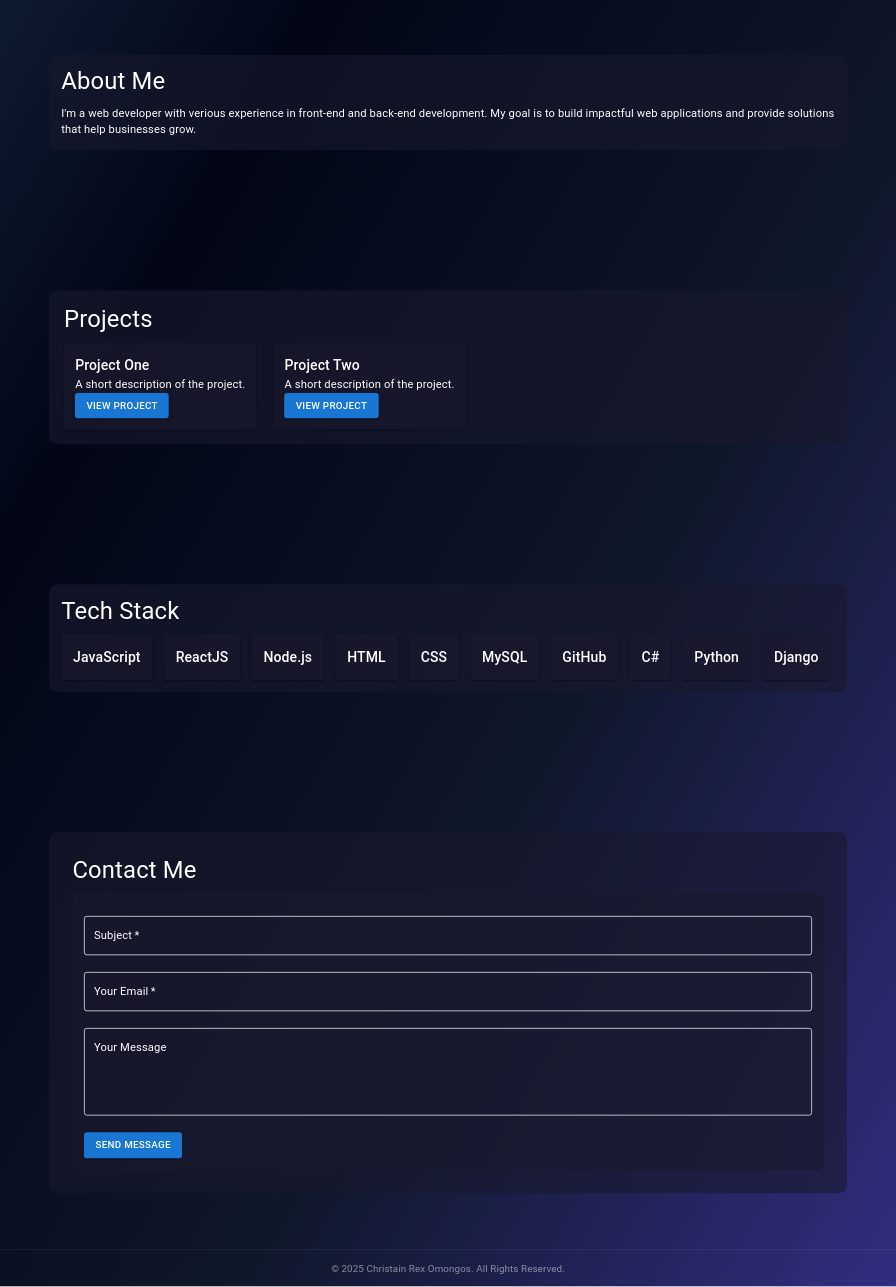
Repository: mikeshadowcoder/myWeb
Page: /
The author's editor kept a copy of each file at every save. The page is drawn from the files as they stood at one save, then again after the next save.
The browser window is 1280 px wide. The pictures show the part of the page from y = 841 to 2761 px (the page is 2679 px tall before and 2761 px after), at 70% of full size.
The project was rebuilt for these pictures with package versions that can differ from the ones it lists, and the page was loaded fresh each time.

Above is the page before, as saved 2026-01-22 21:05:31.

After the next save:
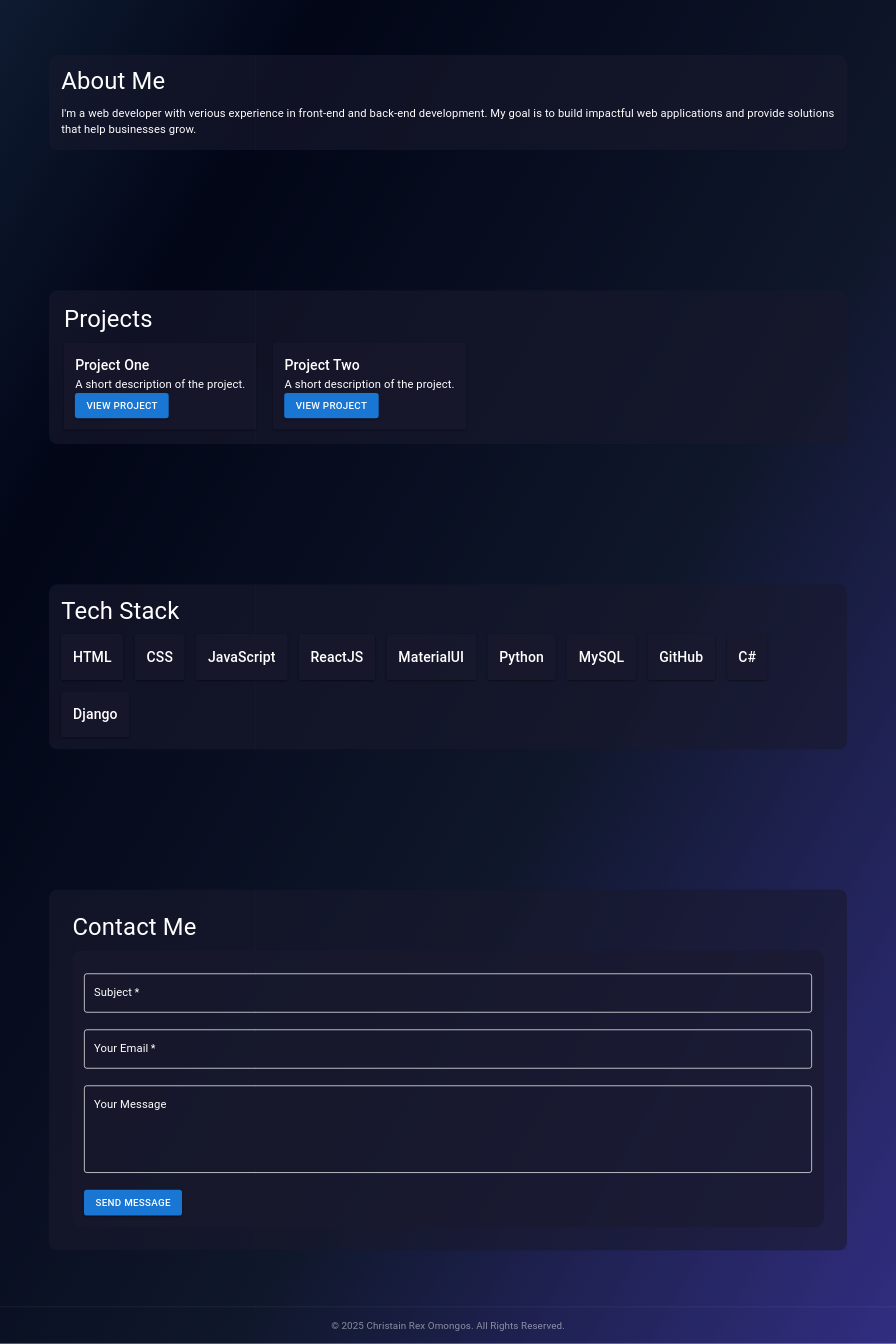
Saved 91 s later.
--- a/src/components/Skills.js
+++ b/src/components/Skills.js
@@ -3,7 +3,7 @@
 import "../styles/boxStyling.css"
 
 const Skills = () => {
-  const skills = ['JavaScript', 'ReactJS', 'Node.js', 'HTML', 'CSS', 'MySQL', 'GitHub', 'C#', 'Python', 'Django'];
+  const skills = ['HTML', 'CSS', 'JavaScript', 'ReactJS', 'MaterialUI', 'Python', 'MySQL', 'GitHub', 'C#', 'Django'];
 
   return (
     <Box className="box-container" sx={{ mt: 25, width: "100%", }}>
